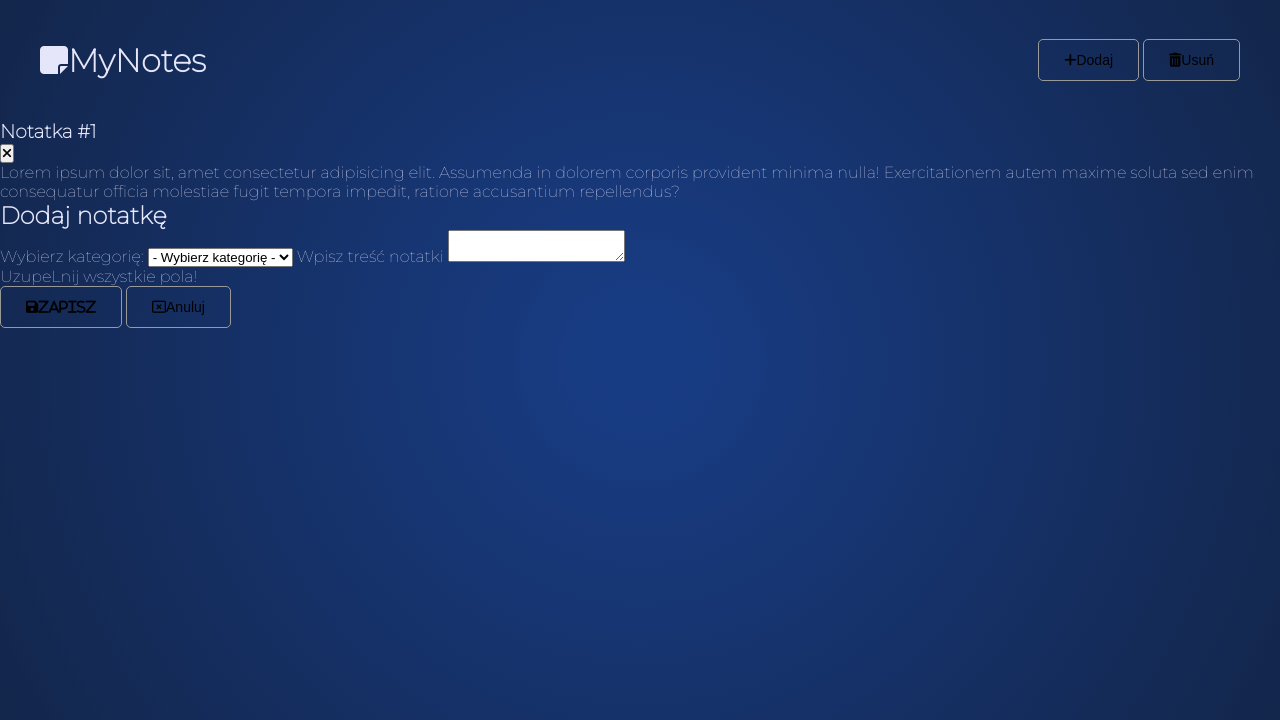
Repository: KrzysKolo/Projekt-7_Notes
Page: js/index.html
The author's editor kept a copy of each file at every save. The page is drawn from the files as they stood at one save, then again after the next save.
The browser window is 1280 px wide. The pictures show the whole page.
Some web libraries are served in a nearby version.

Above is the page before, as saved 2020-07-07 13:43:51.
Console error: SyntaxError: Unexpected token '<'

### js/index.html
<!DOCTYPE html>
<html lang="en">
  <head>
    <meta charset="UTF-8" />
    <meta name="viewport" content="width=device-width, initial-scale=1.0" />
    <title>projekt 6 - My notes</title>
    <script
      src="https://kit.fontawesome.com/21efeaf281.js"
      crossorigin="anonymous"
    ></script>
    <link
      href="https://fonts.googleapis.com/css2?family=Montserrat:wght@100&display=swap"
      rel="stylesheet"
    />
    <link rel="stylesheet" href="./../css/style.css" />
  </head>
  <body>
    <div class="menu">
      <h1><i class="fas fa-sticky-note"></i>MyNotes</h1>
      <div class="menu-buttons">
        <button class="add icon"><i class="fas fa-plus"></i>Dodaj</button>
        <button class="delete-all icon">
          <i class="fas fa-trash-alt"></i>Usuń
        </button>
      </div>
    </div>

    <div class="note-area">
      <div class="note">
        <div class="note-header">
          <h3 class="note-title">Notatka #1</h3>
          <button class="delete-note"><i class="fas fa-times icon"></i></button>
        </div>

        <div class="note-body">
          Lorem ipsum dolor sit, amet consectetur adipisicing elit. Assumenda in
          dolorem corporis provident minima nulla! Exercitationem autem maxime
          soluta sed enim consequatur officia molestiae fugit tempora impedit,
          ratione accusantium repellendus?
        </div>
      </div>
    </div>

    <div class="note-panel">
      <h2>Dodaj notatkę</h2>
      <label for="category">Wybierz kategorię: </label>
      <select id="category">
        <option value="0" disabled selected>- Wybierz kategorię -</option>
        <option value="1">Praca</option>
        <option value="2">Dom</option>
        <option value="3">Zakupy</option>
        <option value="4">Inne</option>
      </select>

      <label for="text">Wpisz treść notatki</label>
      <textarea id="text"></textarea>

      <p class="error">UzupeLnij wszystkie pola!</p>
      <div class="panel-buttons">
        <button class="save icon"><i class="fas fa-save">Zapisz</i></button>
        <button class="cancel icon">
          <i class="far fa-window-close"></i>Anuluj
        </button>
      </div>
    </div>
    <script src="./../js/index.html"></script>
  </body>
</html>

### css/style.css
* {
  box-sizing: border-box;
  padding: 0;
  margin: 0;
}
body {
  height: 100vh;
  font-family: "Montserrat", sans-serif;
  background-image: radial-gradient(
    circle,
    rgba(24, 60, 132, 1) 5%,
    rgba(19, 38, 75, 1) 100%
  );
  color: lavender;
}
.menu {
  display: flex;
  justify-content: space-between;
  align-items: center;
  padding: 40px;
  height: 120px;
}
.menu button,
.note-panel .save,
.note-panel .cancel {
  padding: 12px 25px;
  background: none;
  border: 1px solid #999;
  border-radius: 5px;
  font-size: 14px;
  cursor: pointer;
  transition: background-color 0.3s, color 0.3s;
}
.menu button:hover,
.note-panel .save:hover,
.note-panel .cancel:hover {
  background-color: navy;
  color: paleturquoise;
}

After the next save:
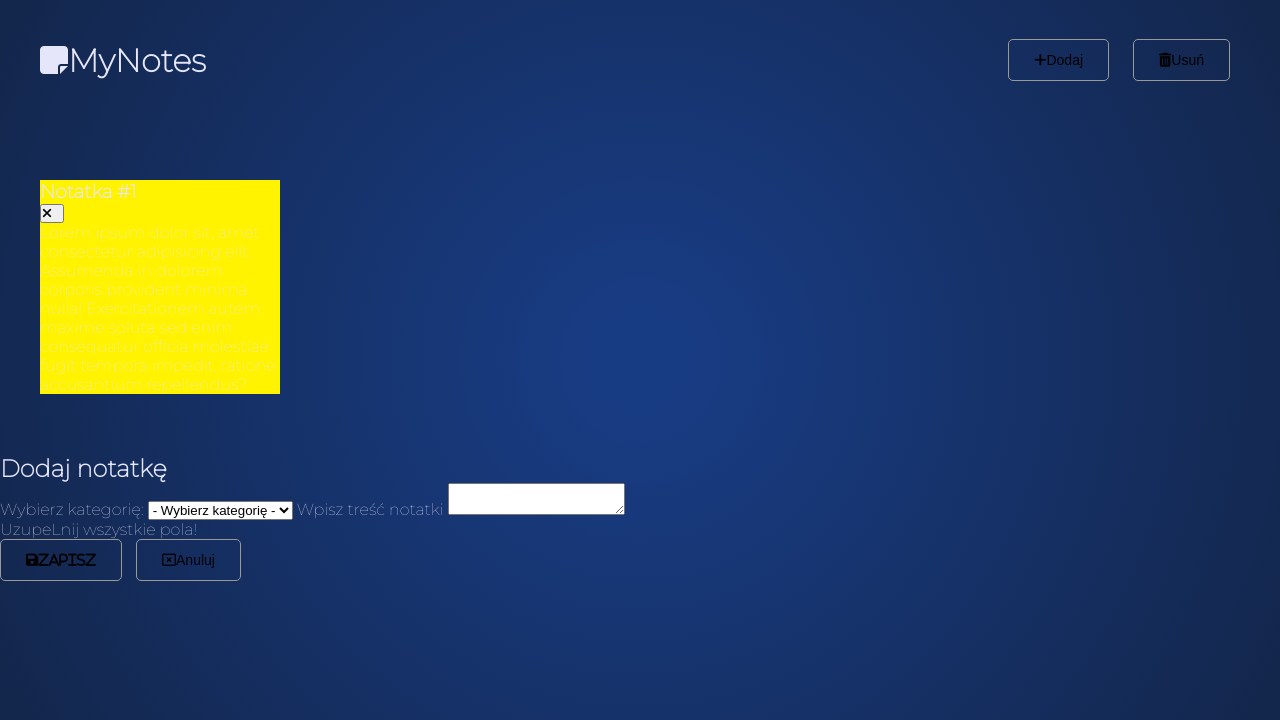
Saved 3 min 7 s later.
--- a/css/style.css
+++ b/css/style.css
@@ -37,3 +37,20 @@ body {
   background-color: navy;
   color: paleturquoise;
 }
+.icon {
+  margin-right: 10px;
+}
+.add {
+  margin-right: 20px;
+}
+.note-area {
+  display: flex;
+  align-items: start;
+  flex-wrap: wrap;
+  padding: 20px;
+}
+.note {
+  margin: 40px 20px;
+  width: 240px;
+  background-color: rgb(255, 243, 0);
+}
